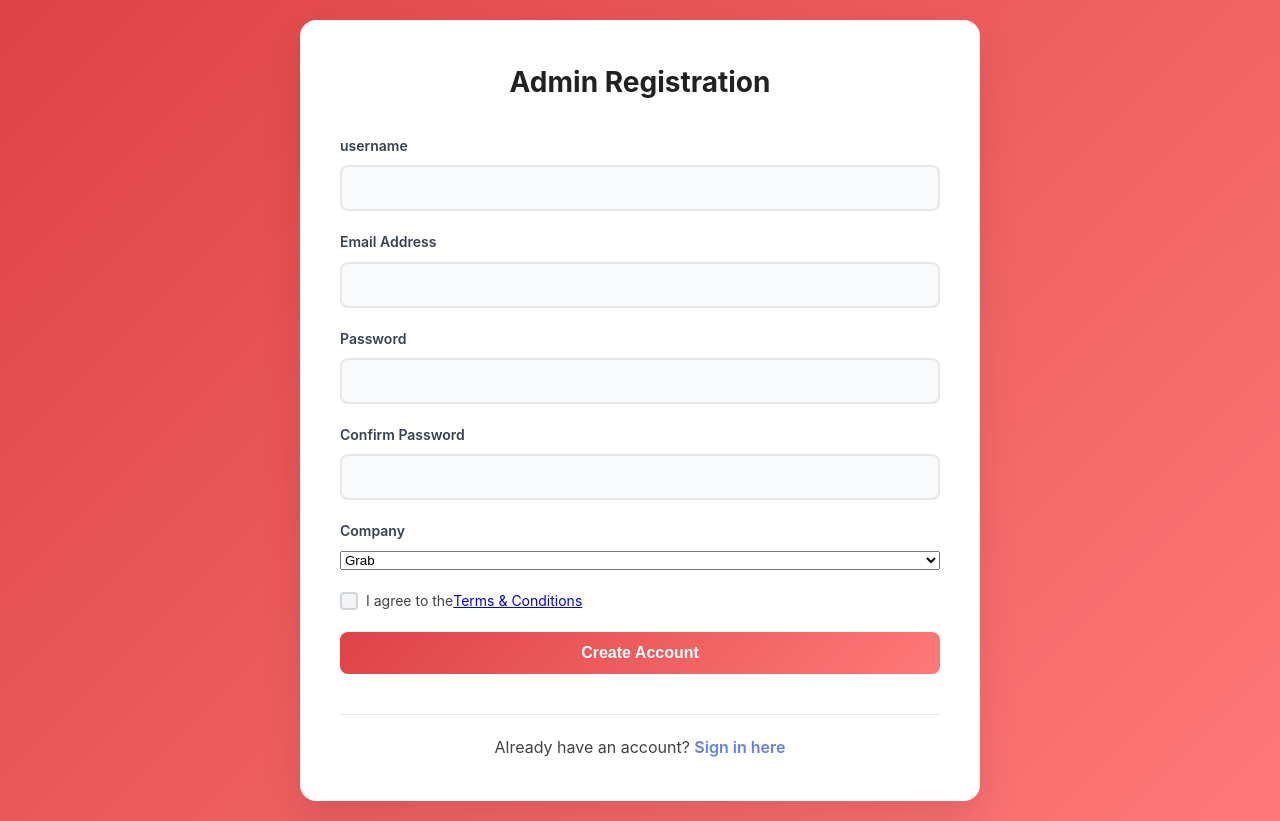
Repository: YIsheng2002/web-frontend
Page: view/Staff/signupstaff.html
The author's editor kept a copy of each file at every save. The page is drawn from the files as they stood at one save, then again after the next save.
The browser window is 1280 px wide. The pictures show the whole page.

Above is the page before, as saved 2025-06-12 10:32:19.

After the next save:
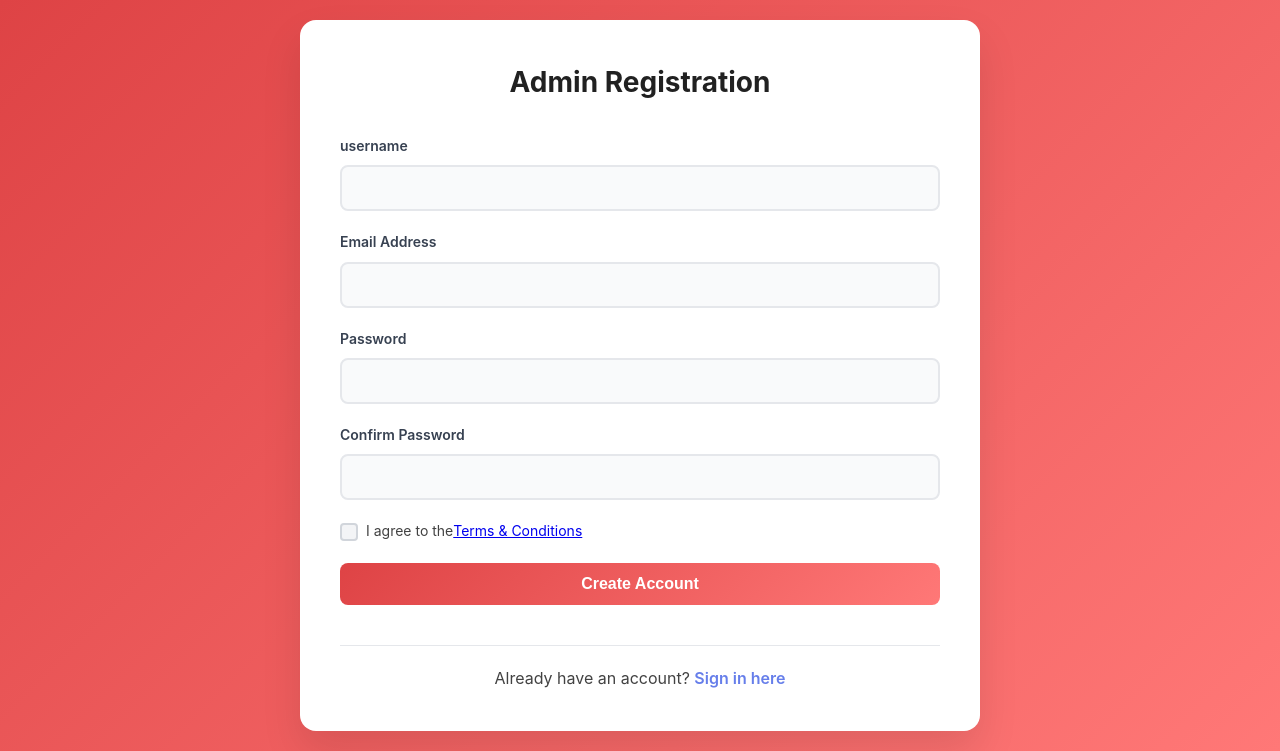
Saved 16 s later.
--- a/view/Staff/signupstaff.html
+++ b/view/Staff/signupstaff.html
@@ -38,14 +38,6 @@
                     <input type="password" id="confirmPassword" name="password_confirmation" required>
                 </div>
 
-                <div class="form-group">
-                    <label for="runner-type">Company</label>
-                    <select name="runner-type" id="runner-type">
-                        <option value="grab">Grab</option>
-                        <option value="foodpanda">FoodPanda</option>
-                    </select>
-                </div>
-
                 <div class="form-options">
                     <label class="checkbox-container">
                         <input type="checkbox" name="terms" required>
